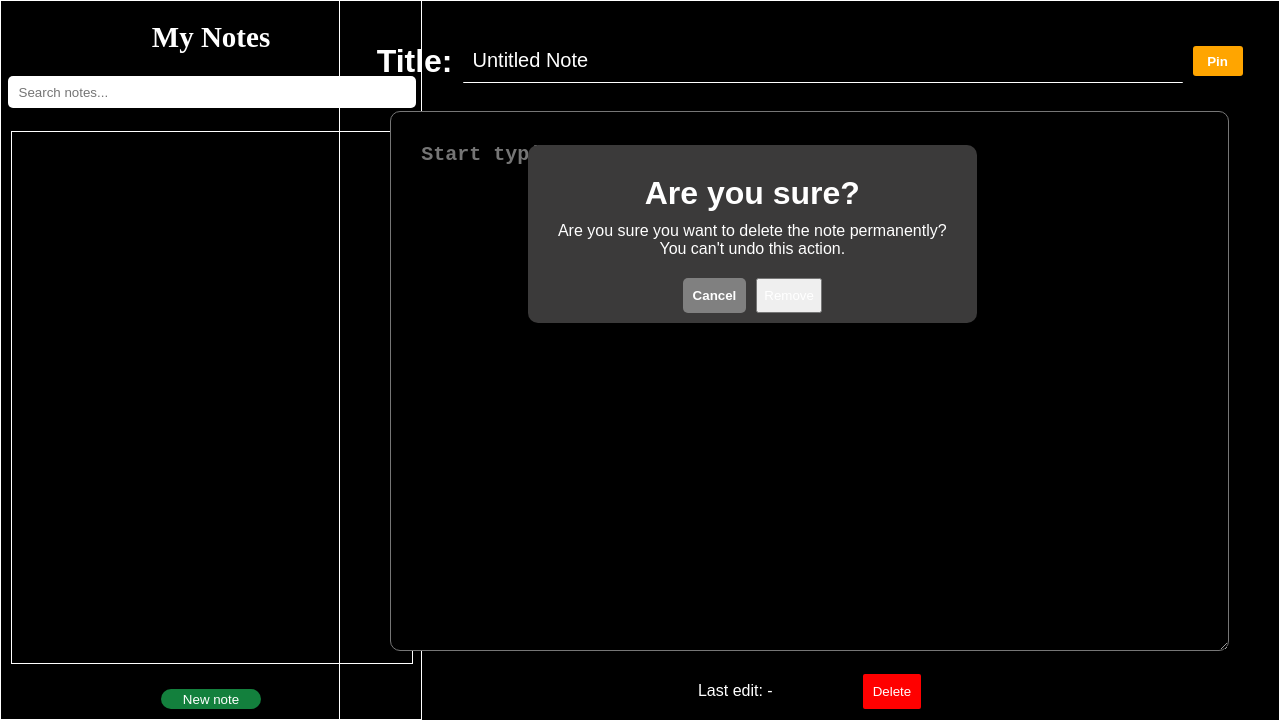
Repository: dmpelaez/myNotes
Page: QuickNotes.html
These files come from the project's save history. The page is drawn as it stood at one moment and after the next save; the edit follows.
The browser window is 1280 px wide. The pictures show the whole page.

Above is the page before, as saved 2025-12-18 22:05:27.

### QuickNotes.html
<!DOCTYPE html>

  <html>

    <head>

      <title>Quick Notes</title>

      <!--CSS LINK-->
      <link rel="stylesheet" href="QuickNotes.css">
    </head>
    <body>

      <!--Note section-->
      <aside class="aside-section">

        <!--My notes part-->
        <div class="myNotes">
          <p class="my-notes-text">My Notes</p>
        </div>
        <!--Search notes-->
        <div class="input-box">
          <input class="input" placeholder="Search notes...">
        </div>
        <!--Notes-->
        <div class="note-list"></div>
        <!--add button-->
        <button class="add-button">New note</button>

      </aside>

      <!---Typing section-->
      <main class="main-section">

        <!--Header-->
        <div class="header-section">
          <h1>Title:</h1>
          <input class="title-notes" placeholder="Untitled Note">
          <button class="pin-btn">Pin</button>
        </div>

        <!--text area-->
        <div class="texting-area">
          <textarea class="textarea" placeholder="Start typing..."></textarea>
        </div>

        <!---Delete button-->
        <div class="delete">
          <span class="edit">Last edit: -</span>
          <button class="delete-btn">Delete</button>
        </div>

        <div class="delete-confirm">

          <div class="modal-delete">
            <h1>Are you sure?</h1>
            <p class="sure-text">Are you sure you want to delete the note permanently?</p>
            You can't undo this action.
          </div>

          <!--delete and cancel button-->
          <div class="btn-section">
            <button class="cancel-btn">Cancel</button>
            <button class="remove-btn">Remove</button>
          </div>


        </div>

      </main>


    </body>

  </html>

### QuickNotes.css
body {
  margin: 0;
  padding: 0;
  background: black;
  box-sizing: border-box;
}
* {
  color: rgb(255, 255, 255);
}
.aside-section {
  border: 1px solid white;
  display: grid;
  width: 400px;
  position: fixed;
  bottom: 0;
  top: 0;
  grid-template-rows: 40px 30px 1fr 20px;
  padding: 10px;
  gap: 25px;

}

.my-notes-text {
  display: flex;
  margin: 0px;
  justify-self: center;
  align-self: center;
  margin-top: 10px;
}
.note-list {
  border: 1px solid white;
  width: 100%;
}

.my-notes-text {
  font-weight: bold;
  font-size: 29px;
}

.input {
  color: black;
  display: flex;
  align-self: center;
  justify-self: center;
  Width: 99%;
  height: 100%;
  border-radius: 5px;
  border: none;
  outline: none;
  padding-left: 10px;
  margin-left: 1px;
}
.input::placeholder {
  padding-left: 1px;

}

.add-button {
  width: 100px;
  display: flex;
  justify-self: center;
  background: rgb(19, 128, 61);
  border: none;
  border-radius: 10px;
  color: white;
  font-family: arial;
  align-items: center;
  justify-content: center;
  cursor: pointer;
}

.note-list {
  display: grid;
}

.main-section {
  position: fixed;
  left: 26.5%;
  border: 1px solid white;
  right: 0px;
  height: 100%;
  display: grid;
  grid-template-rows: 70px 1fr 30px;
  gap: 40px;

}

.header-section {
  display: flex;
  justify-self: center;
  align-self: center;
  gap: 10px;
  margin-top: 50px;
  align-items: center;
}
.title-notes {
  width: 700px;
  padding: 10px;
  border-radius: 1px;
  background: none;
  border: none;
  border-bottom: 1px solid white;
  outline: none;
 font-size: 20px;
 font-family: arial;
}

.title-notes::placeholder {
  color: white;
  font-family: arial;
  font-size: 20px;

}

.pin-btn {
  background: orange;
  border: none;
  border-radius: 3px;
  font-family: arial;
  font-weight: bold;
  width: 50px;
  height: 30px
}

.texting-area {
  display: flex;
  padding-right: 50px;
  padding-left: 50px;
}
.textarea {
  background: black;
  outline: none;
  display: flex;
  width: 100%;
  padding-left: 30px;
  padding-right: 80px;
  padding-top: 30px;
  line-height: 25px;
  font-size: 20px;
  font-weight: bold;
  border-radius: 10px;
}

.delete {
  display: flex;
  justify-content: center;
  align-items: center;
  gap: 90px;
  margin-bottom: 40px;

}
.delete-btn {
  background: red;
  border: none;
  border-radius: 2px;
  padding: 10px;
  cursor: pointer;
}
.edit {
  font-family: arial;
}

.delete-confirm {
  position: absolute;
  left: 20%;
  top: 20%;
  display: flex;
  background: rgb(59, 58, 58);
  border-radius: 10px;
  flex-direction: column;
  align-items: center;
  justify-content: center;
  padding: 10px;
}
.modal-delete {
  padding: 20px;
  display: flex;
  flex-direction: column;
  align-items: center;
  font-family: arial;

}
h1 {
  display: flex;
  justify-self: center;
  margin: 0px;
  font-family: arial;
}
.sure-text {
  margin: 0px;
  margin-top: 10px;
  font-family: arial;
}


.btn-section {
  display: flex;
  gap: 10px;
}

.cancel-btn {
  background: gray;
  border: none;
  border-radius: 5px;
  font-weight: bold;
  padding: 10px;
}

After the next save:
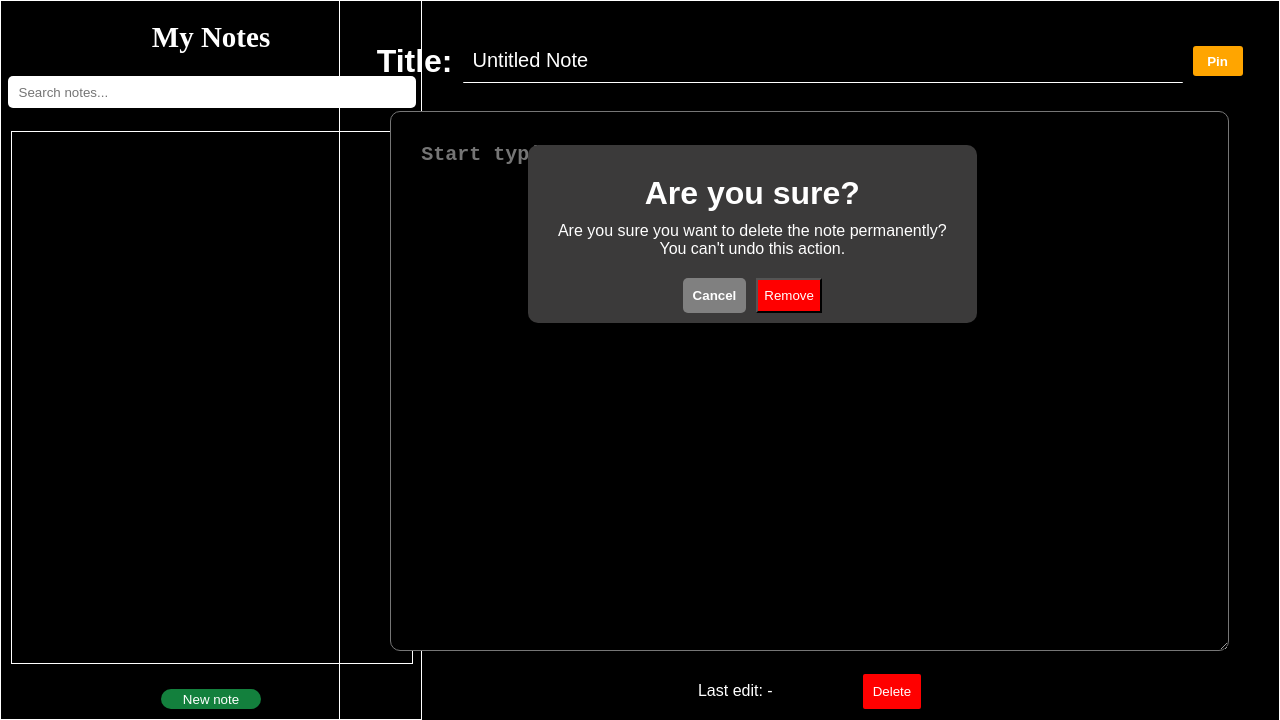
Saved 28 s later.
--- a/QuickNotes.css
+++ b/QuickNotes.css
@@ -205,3 +205,6 @@ h1 {
   font-weight: bold;
   padding: 10px;
 }
+.remove-btn {
+  background: red;
+}
